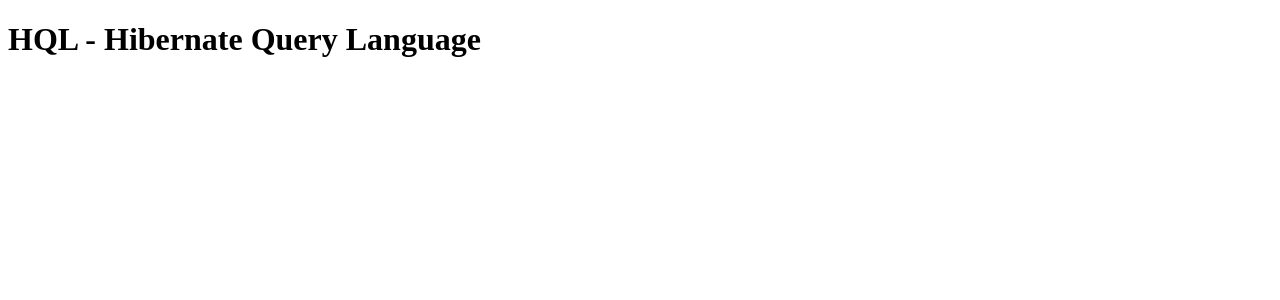
Repository: thughari/enterprise-workspace
Page: http://localhost/hibernateweb/SelectDemo.jsp
The author's editor kept a copy of each file at every save. The page is drawn from the files as they stood at one save, then again after the next save.
The browser window is 1280 px wide. The pictures show the whole page.
The page is served by Tomcat 9.

Above is the page before, as saved 2022-05-31 14:34:08.

After the next save:
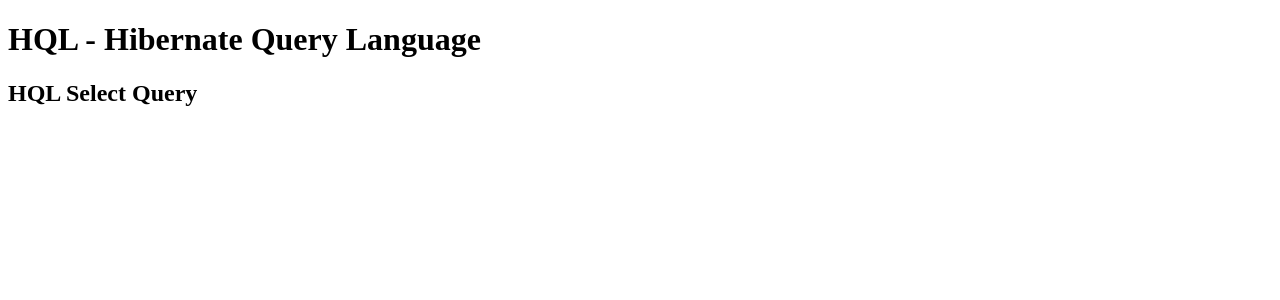
Saved 68 s later.
--- a/hibernateweb/src/main/webapp/SelectDemo.jsp
+++ b/hibernateweb/src/main/webapp/SelectDemo.jsp
@@ -8,5 +8,6 @@
 </head>
 <body>
 	<h1>HQL - Hibernate Query Language</h1>
+	<h2>HQL Select Query</h2>
 </body>
 </html>
